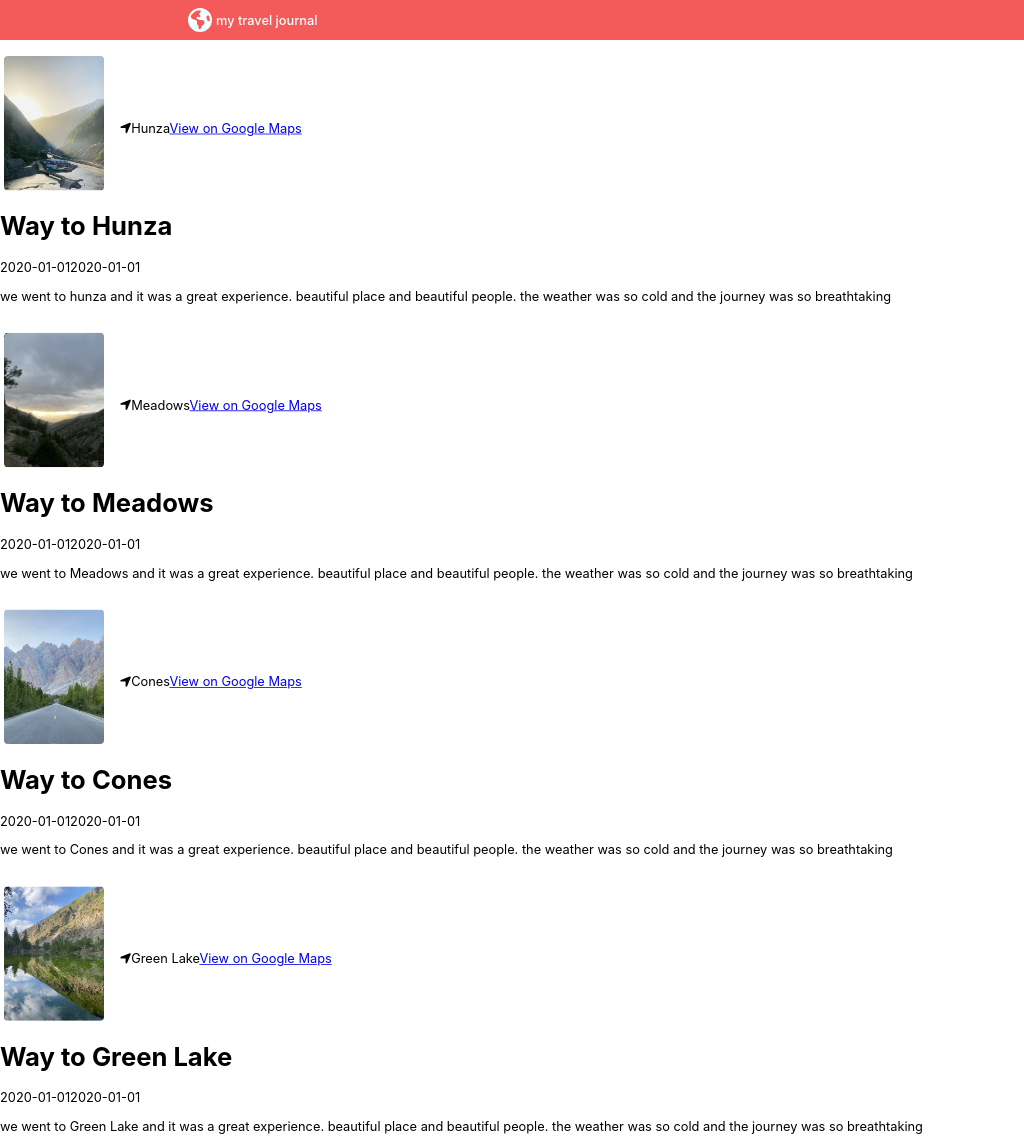
Repository: mortiestmorty1/travel-journal
Page: /
The author's editor kept a copy of each file at every save. The page is drawn from the files as they stood at one save, then again after a run of saves.
The browser window is 1280 px wide. The pictures show the whole page, at 80% of full size.
The project was rebuilt for these pictures with package versions that can differ from the ones it lists, and the page was loaded fresh each time.

Above is the page before, as saved 2024-01-17 15:11:16.

### src/index.css
body {
  margin: 0;
  font-family: -apple-system, BlinkMacSystemFont, 'Segoe UI', 'Roboto', 'Oxygen',
    'Ubuntu', 'Cantarell', 'Fira Sans', 'Droid Sans', 'Helvetica Neue',
    sans-serif;
  -webkit-font-smoothing: antialiased;
  -moz-osx-font-smoothing: grayscale;
}

code {
  font-family: source-code-pro, Menlo, Monaco, Consolas, 'Courier New',
    monospace;
}
* {
  box-sizing: border-box;
  }

### src/App.js
import logo from './logo.svg';
import './App.css';
import Navbar from "./components/navbar";
import Data from "./components/data.js";
import Content from "./components/content.js";

function App() {
  const  Memories = Data.map((item) => {
    return<Content
          key={item.id}
          item={item}
    />
  })
  return (
    <div className="App">
      <Navbar />
      {Memories}
    </div>
  );
}

export default App;

### src/App.css
.Nav-container{
    display: flex;
    justify-content: space-between;
    align-items: center;
    background-color: #F55A5A;
    height: 50px;
}
.navbar{
    display: flex;
    justify-content: space-between;
    align-items: center;
    background-color: #F55A5A;
    margin-left: 230px;
}
.title{
  color: azure;
  font-weight: 500;
  margin-left: 5px;
}
.earth{
  width: 30px;
  height: 30px;
  margin-left: 5px;
  color: azure;
}

.image{
  width: 125px;
  height: 168px;
  margin-left: 5px;
  color: azure;
  border-radius: 5px;
  margin-top: 20px;
}
.content-container{
  position: relative;
}
.section1{
  position: absolute;
  left: 150px;
  top: 100px;

}

.Title{

}

### src/components/navbar.js
import React from "react";
import { FontAwesomeIcon } from "@fortawesome/react-fontawesome";
import { faEarth } from "@fortawesome/free-solid-svg-icons";
import "../App.css";

function Navbar(){
    return(
        <div className="Nav-container">
            <nav className="navbar">
                <FontAwesomeIcon icon={faEarth} className="earth"></FontAwesomeIcon>
                <span className="title">
                        my travel journal
                </span>
            </nav>
        </div>
    )
}
export default Navbar;

### src/components/data.js
import Hunza from "./way-to-hunza.jpeg";
import Meadows from "./way-to-meadows.jpeg";
import Cones from "./cones.jpeg";
import Glake from "./green-lake.jpeg";

export default [
    {
        id:1,
        img: Hunza,
        location: "Hunza",
        googlelink: "https://www.google.com/maps/place/Hunza+Valley,+Gilgit-Baltistan,+Pakistan/",
        Title: "Way to Hunza",
        datestart:"2020-01-01",
        dateend: "2020-01-01",
        description:"we went to hunza and it was a great experience. beautiful place and beautiful people. the weather was so cold and the journey was so breathtaking"
    }
    ,
    {
        id:2,
        img: Meadows,
        location: "Meadows",
        googlelink: "https://www.google.com/maps/place/Meadows,+Gilgit-Baltistan,+Pakistan/",
        Title: "Way to Meadows",
        datestart:"2020-01-01",
        dateend: "2020-01-01",
        description:"we went to Meadows and it was a great experience. beautiful place and beautiful people. the weather was so cold and the journey was so breathtaking"
    }
    ,
    {
        id:3,
        img: Cones,
        location: "Cones",
        googlelink: "https://www.google.com/maps/place/Cones,+Gilgit-Baltistan,+Pakistan/",
        Title: "Way to Cones",
        datestart:"2020-01-01",
        dateend: "2020-01-01",
        description:"we went to Cones and it was a great experience. beautiful place and beautiful people. the weather was so cold and the journey was so breathtaking"
    }
    ,
    {
        id:4,
        img: Glake,
        location: "Green Lake",
        googlelink: "https://www.google.com/maps/place/Green+Lake,+Gilgit-Baltistan,+Pakistan/",
        Title: "Way to Green Lake",
        datestart:"2020-01-01",
        dateend: "2020-01-01",
        description:"we went to Green Lake and it was a great experience. beautiful place and beautiful people. the weather was so cold and the journey was so breathtaking"
    }
]

### src/components/content.js
import React from "react";
import { FontAwesomeIcon } from "@fortawesome/react-fontawesome";
import { faLocationArrow } from "@fortawesome/free-solid-svg-icons";
import "../App.css";
function Content(props){

    return(
        <div className="content-container">
            <img className="image" src={props.item.img}>
            </img>
            <div className="section1">
                <FontAwesomeIcon icon={faLocationArrow} className="Location"></FontAwesomeIcon>
                <span className="location">
                    {props.item.location}
                </span>
                <a href={props.item.googlelink}>View on Google Maps</a>
            </div>
            <h1 className="Title">{props.item.Title}</h1>
            <span className="date-start">{props.item.datestart}</span>
            <span className="date-end">{props.item.dateend}</span>
            <p className="description">{props.item.description}</p>
        </div>
    )
}

export default Content;

Loaded but not shown: public/index.html (common file); src/index.js (common file); src/reportWebVitals.js (common file)

After the next 2 saves:
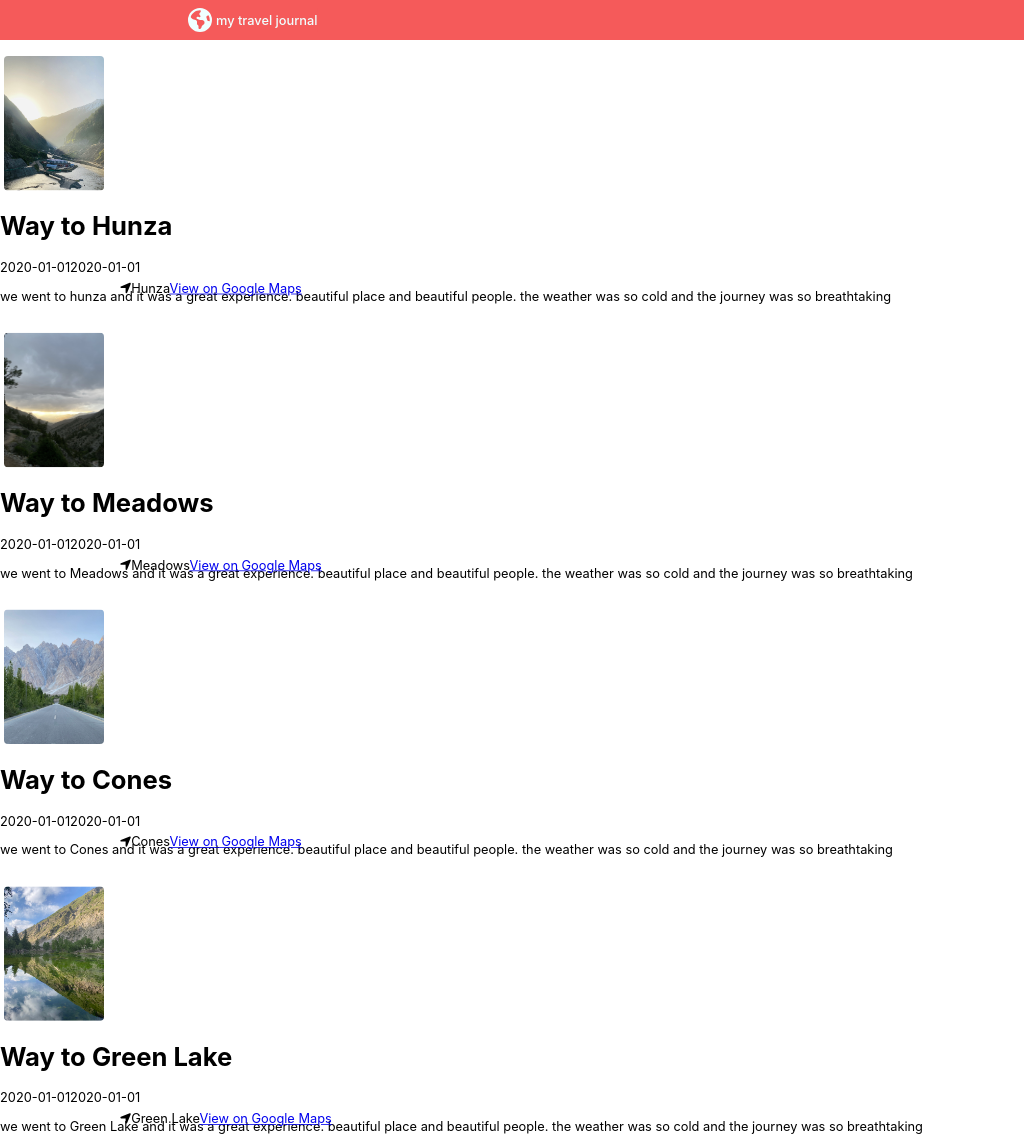
The 2 saves are shown as one change because they came seconds apart.
The last was saved 9 s later.
--- a/src/App.css
+++ b/src/App.css
@@ -38,7 +38,7 @@
 .section1{
   position: absolute;
   left: 150px;
-  top: 100px;
+  top: 300px;
 
 }
 
